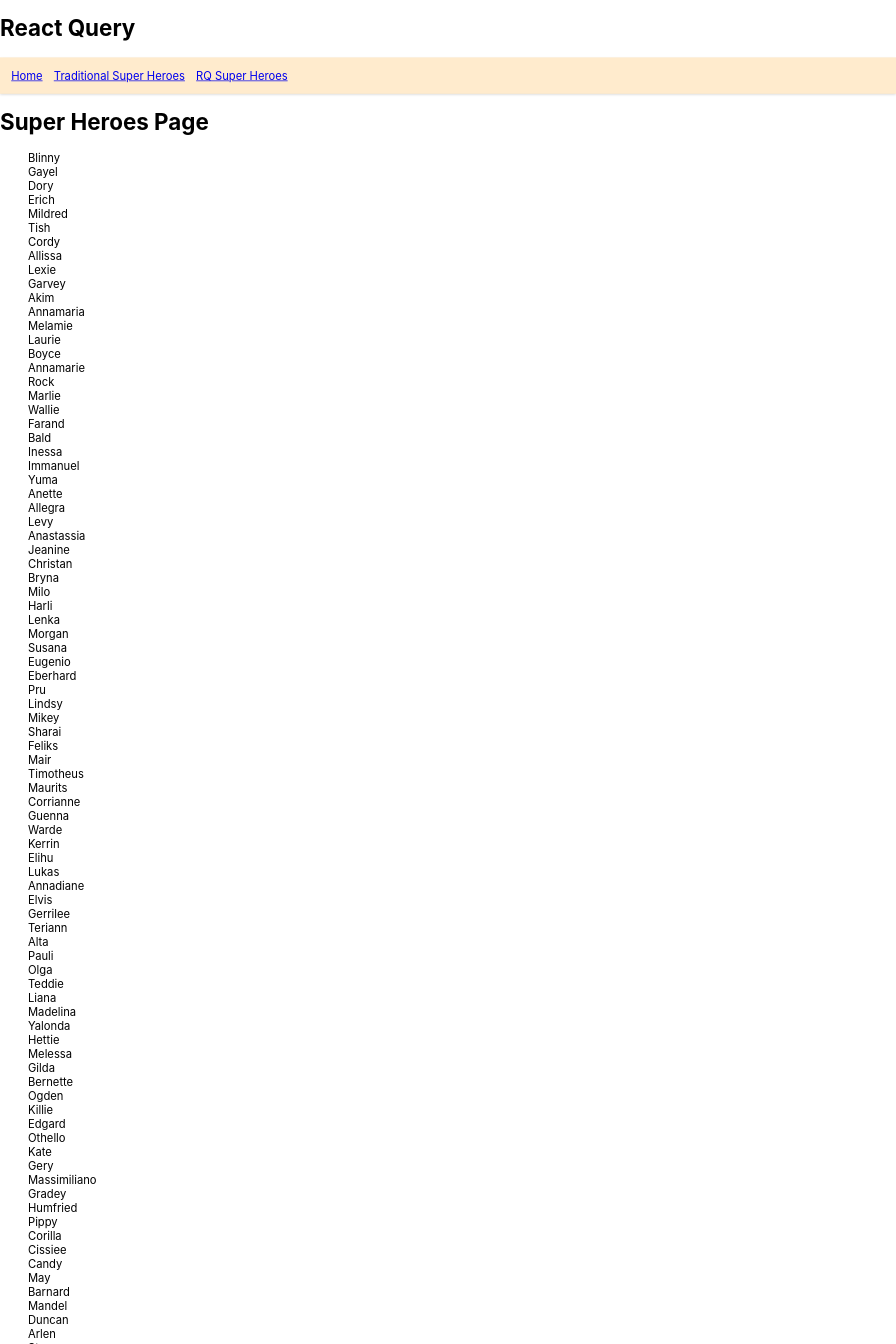
Repository: maescode/simple-react-admin-dashboard
Page: /super-heroes
These files come from the project's save history. The page is drawn as it stood at one moment and after the next save; the edit follows.
The browser window is 1280 px wide. The pictures show the part of the page from y = 0 to 1920 px (the page is 20232 px tall), at 70% of full size.
The project was rebuilt for these pictures with package versions that can differ from the ones it lists, and the page was loaded fresh each time. Requests to the local data server were answered from the project's data file. Also part of the build but not shown: src/components/table.css, src/react-tables/components/BasicTable.js, src/react-tables/components/PaginationTable.js, src/react-query/components/Home.Page.js, src/react-query/components/RQSuperHeroes.Page.js. Imported but missing from the stored project, and not drawn on this page: src/react-tables/components/columns.

Above is the page before, as saved 2022-07-26 18:31:10.

After the next save:
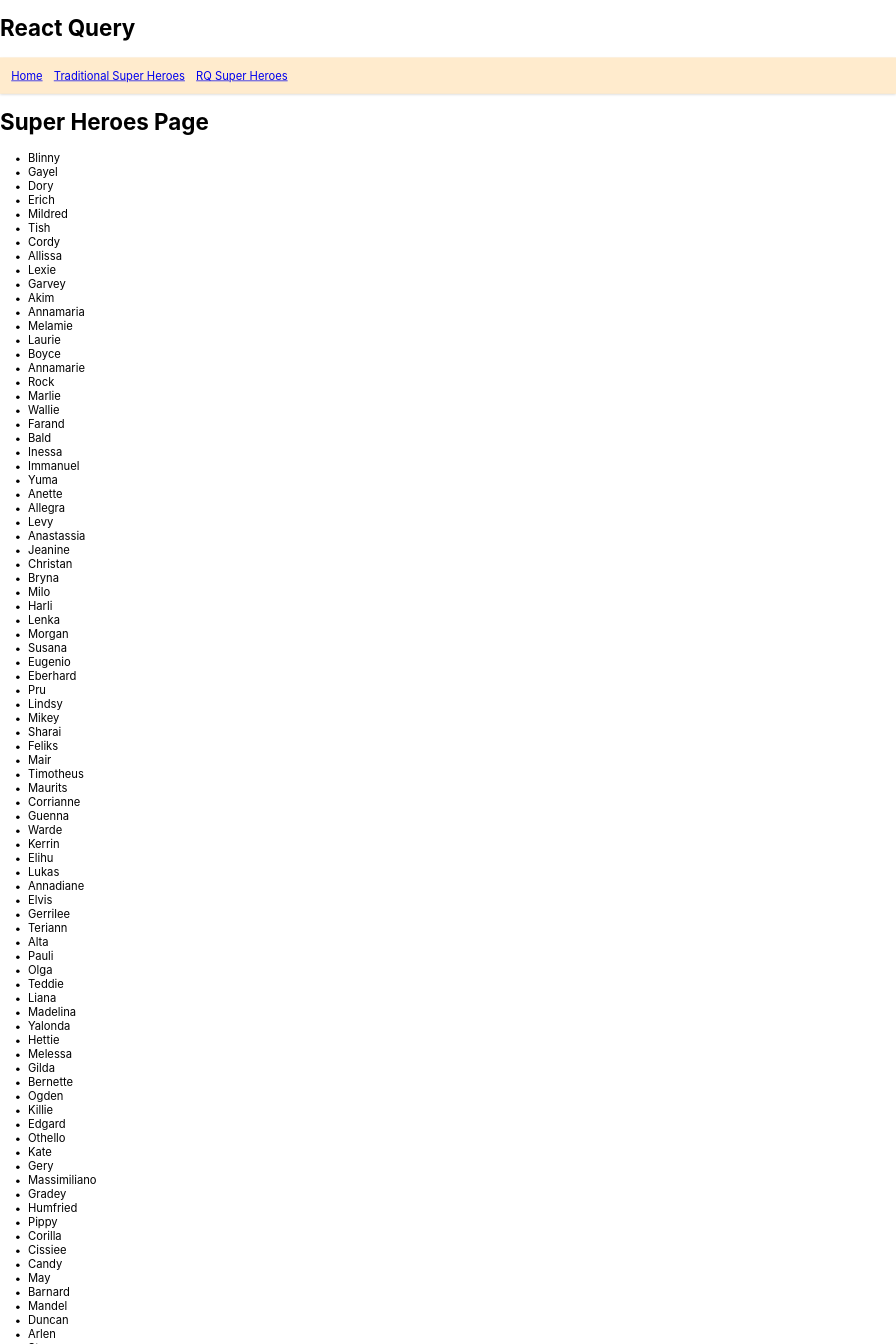
Saved 12 s later.
--- a/src/react-query/components/SuperHeroes.page.js
+++ b/src/react-query/components/SuperHeroes.page.js
@@ -21,7 +21,7 @@
       <h1>Super Heroes Page</h1>
       <ul>
         {data.map((hero) => {
-          return <div key={hero.first_name}>{hero.first_name}</div>;
+          return <li key={hero.first_name}>{hero.first_name}</li>;
         })}
       </ul>
     </div>
